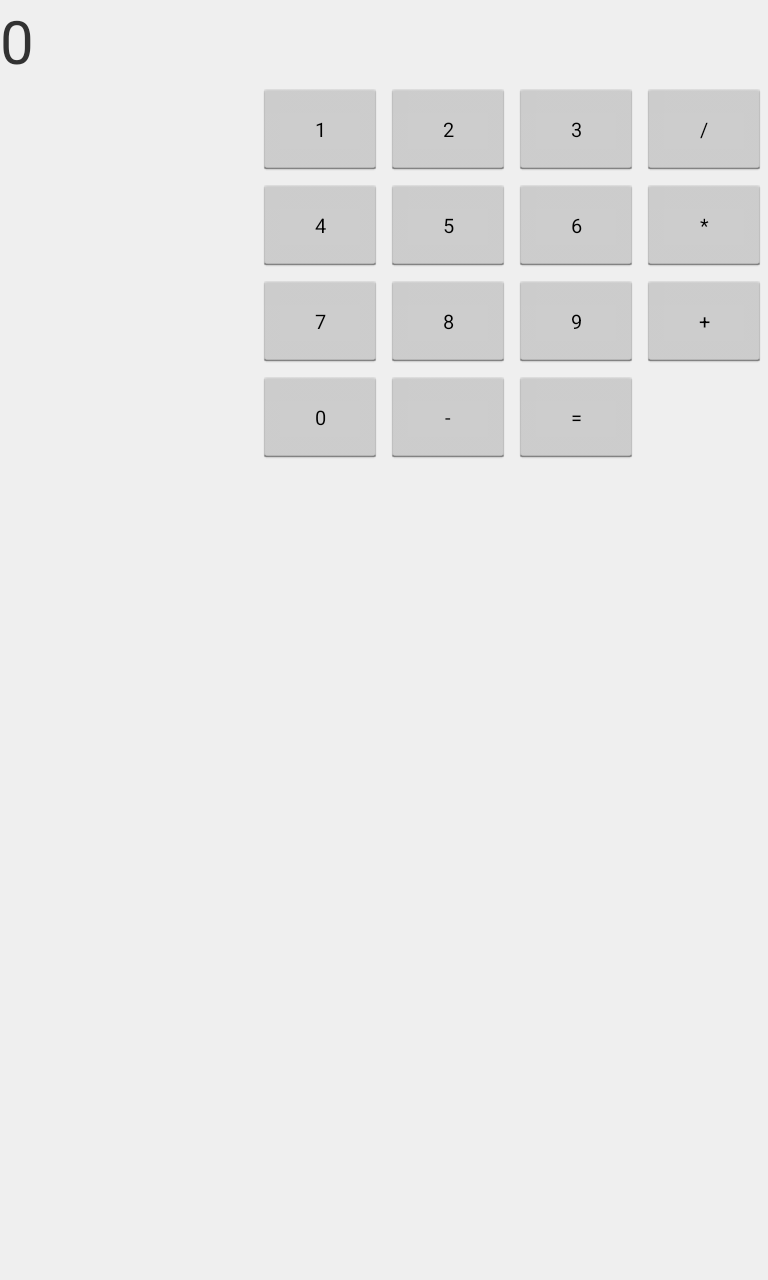
Repository: mariofer82/Calculadora
Layout: Aplicacion1/res/layout/activity_main.xml
These files come from the project's save history. The layout is drawn as it stood at one moment and after the next save; the edit follows.
It is drawn on a 768 x 1280 px phone screen (xhdpi) without system bars, with theme AppTheme; the app's code is not run.

Above is the layout before, as saved 2013-08-23 17:20:38.

### Aplicacion1/res/layout/activity_main.xml
<LinearLayout xmlns:android="http://schemas.android.com/apk/res/android"
android:orientation="vertical"
android:layout_width="fill_parent"
android:layout_height="fill_parent"
android:background="#1111"
>

<TextView
android:id="@+id/Resultado"
android:textSize="30sp"
android:layout_width="fill_parent"
android:layout_height="wrap_content"
android:text="0"
/>

<TableLayout xmlns:android="http://schemas.android.com/apk/res/android"
android:layout_width="fill_parent"
android:layout_height="fill_parent"
android:stretchColumns="1"
>
<TableRow>

<Button
    android:id="@+id/Boton1"
    android:layout_width="wrap_content"
    android:layout_height="wrap_content"
    android:layout_column="4"
    android:padding="10dp"
    android:text="1"
    android:textSize="10dp" >

</Button>

<Button
    android:id="@+id/Boton2"
    android:layout_width="wrap_content"
    android:layout_height="wrap_content"
    android:layout_column="4"
    android:padding="10dp"
    android:text="2"
    android:textSize="10sp" >

</Button>

<Button
    android:id="@+id/Boton3"
    android:layout_width="wrap_content"
    android:layout_height="wrap_content"
    android:layout_column="4"
    android:padding="10dp"
    android:text="3"
    android:textSize="10sp" >

</Button>

<Button
    android:id="@+id/Botondiv"
    android:layout_width="wrap_content"
    android:layout_height="wrap_content"
    android:layout_column="4"
    android:padding="10dp"
    android:text="/"
    android:textSize="10sp" >

</Button>
</TableRow>
<TableRow>

<Button
    android:id="@+id/Boton4"
    android:layout_width="wrap_content"
    android:layout_height="wrap_content"
    android:layout_column="4"
    android:padding="10dp"
    android:text="4"
    android:textSize="10sp" >

</Button>

<Button
    android:id="@+id/Boton5"
    android:layout_width="wrap_content"
    android:layout_height="wrap_content"
    android:layout_column="4"
    android:padding="10dp"
    android:text="5"
    android:textSize="10sp" >

</Button>

<Button
    android:id="@+id/Boton6"
    android:layout_width="wrap_content"
    android:layout_height="wrap_content"
    android:layout_column="4"
    android:padding="10dp"
    android:text="6"
    android:textSize="10sp" >

</Button>

<Button
    android:id="@+id/Botonmulti"
    android:layout_width="wrap_content"
    android:layout_height="wrap_content"
    android:layout_column="4"
    android:padding="10dp"
    android:text="*"
    android:textSize="10sp" >

</Button>
</TableRow>
<TableRow>

<Button
    android:id="@+id/Boton7"
    android:layout_width="wrap_content"
    android:layout_height="wrap_content"
    android:layout_column="4"
    android:padding="10dp"
    android:text="7"
    android:textSize="10sp" >

</Button>

<Button
    android:id="@+id/Boton8"
    android:layout_width="wrap_content"
    android:layout_height="wrap_content"
    android:layout_column="4"
    android:padding="10dp"
    android:text="8"
    android:textSize="10sp" >

</Button>

<Button
    android:id="@+id/Boton9"
    android:layout_width="wrap_content"
    android:layout_height="wrap_content"
    android:layout_column="4"
    android:padding="10dp"
    android:text="9"
    android:textSize="10sp" >

</Button>

<Button
    android:id="@+id/Botonsuma"
    android:layout_width="wrap_content"
    android:layout_height="wrap_content"
    android:layout_column="4"
    android:padding="10dp"
    android:text="+"
    android:textSize="10sp" >

</Button>
</TableRow>
<TableRow>

<Button
    android:id="@+id/Boton0"
    android:layout_width="wrap_content"
    android:layout_height="wrap_content"
    android:layout_column="4"
    android:padding="10dp"
    android:text="0"
    android:textSize="10sp" >

</Button>

<Button
    android:id="@+id/Botonresta"
    android:layout_width="wrap_content"
    android:layout_height="wrap_content"
    android:layout_column="4"
    android:padding="10dp"
    android:text="-"
    android:textSize="10sp" >

</Button>

<Button
    android:id="@+id/Botonigual"
    android:layout_width="wrap_content"
    android:layout_height="wrap_content"
    android:duplicateParentState="false"
    android:longClickable="false"
    android:minHeight="48dp"
    android:minWidth="64dip"
    android:padding="10dp"
    android:text="="
    android:textSize="10sp" />

</TableRow>


<TableRow>


</TableRow>
</TableLayout>
</LinearLayout>

Loaded but not shown: Aplicacion1/res/values/styles.xml (common file); Aplicacion1/res/values-v11/styles.xml (common file); Aplicacion1/res/values-v14/styles.xml (common file)

After the next save:
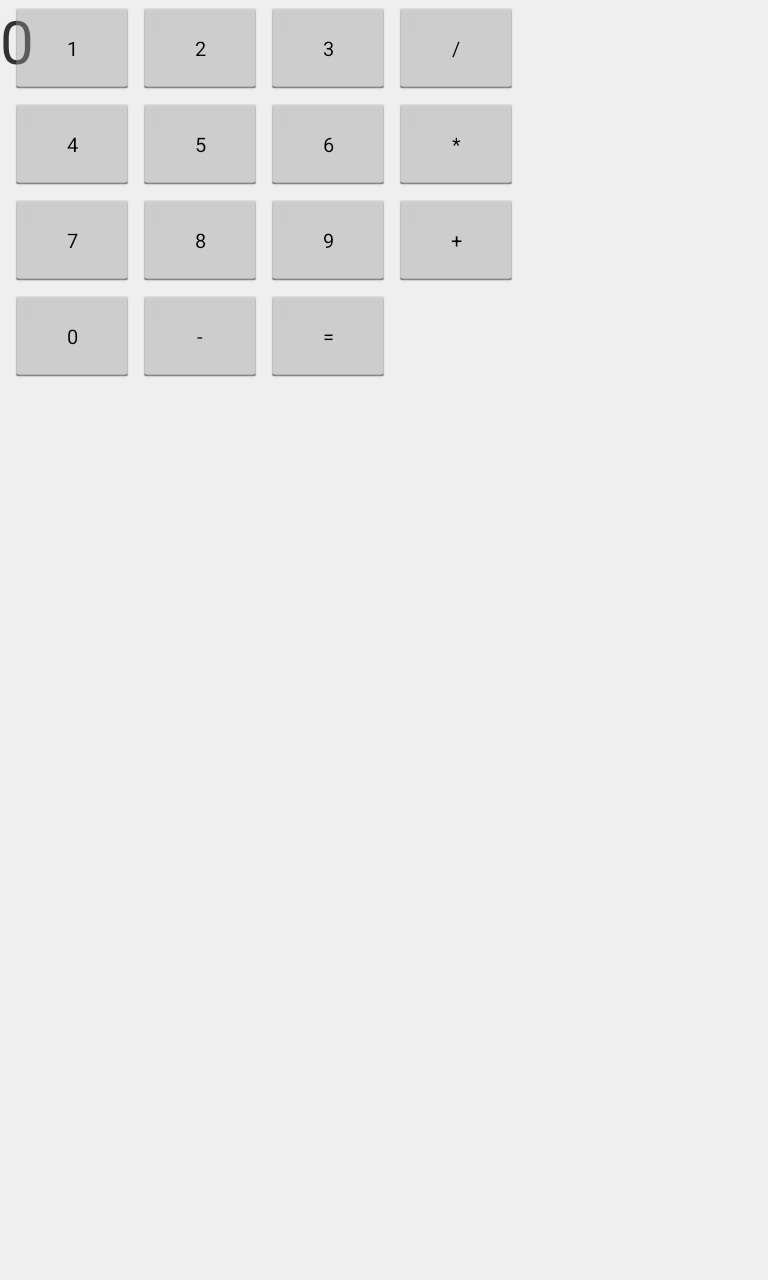
Saved 3 min 49 s later.
--- a/Aplicacion1/res/layout/activity_main.xml
+++ b/Aplicacion1/res/layout/activity_main.xml
@@ -1,4 +1,4 @@
-<LinearLayout xmlns:android="http://schemas.android.com/apk/res/android"
+<RelativeLayout xmlns:android="http://schemas.android.com/apk/res/android"
 android:orientation="vertical"
 android:layout_width="fill_parent"
 android:layout_height="fill_parent"
@@ -13,11 +13,12 @@ android:layout_height="wrap_content"
 android:text="0"
 />
 
-<TableLayout xmlns:android="http://schemas.android.com/apk/res/android"
-android:layout_width="fill_parent"
-android:layout_height="fill_parent"
-android:stretchColumns="1"
->
+<TableLayout
+    xmlns:android="http://schemas.android.com/apk/res/android"
+    android:layout_width="260dp"
+    android:layout_height="fill_parent"
+    android:stretchColumns="1" >
+
 <TableRow>
 
 <Button
@@ -199,5 +200,8 @@ android:stretchColumns="1"
 
 
 </TableRow>
+
+
+
 </TableLayout>
-</LinearLayout>
+</RelativeLayout>
